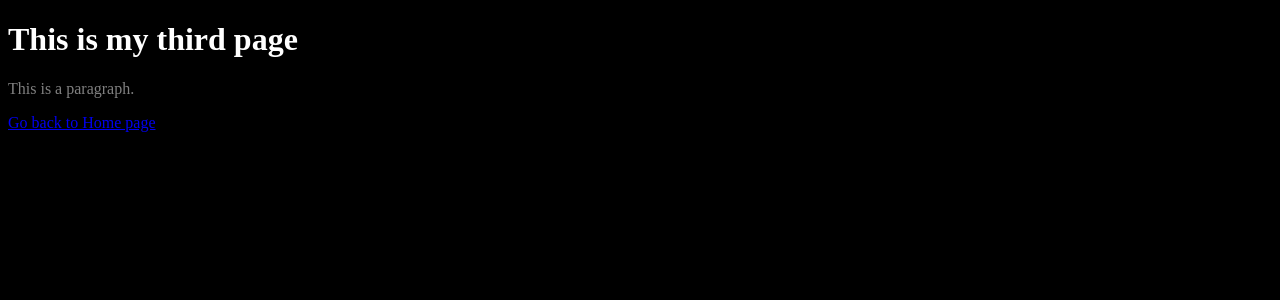
Repository: hyereechoi/hyereechoi.github.io
Page: page3.html
The author's editor kept a record of every edit. The page is drawn from the files as they stood at one moment, then again after the next edit.
The browser window is 1280 px wide. The pictures show the whole page.

Above is the page before.

After the next edit:
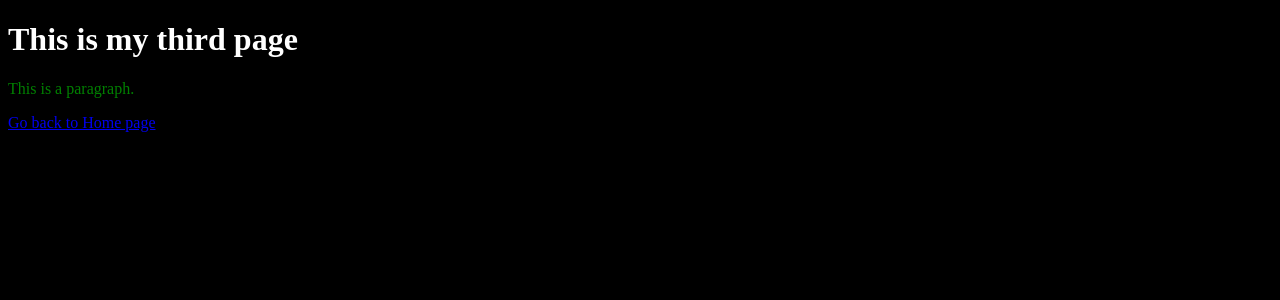
The edit:
--- a/page3.html
+++ b/page3.html
@@ -5,7 +5,7 @@
 <style>
   body {background-color:black}
   h1   {color:white}
-  p    {color:grey}
+  p    {color:green}
 </style>
 </head>
 
